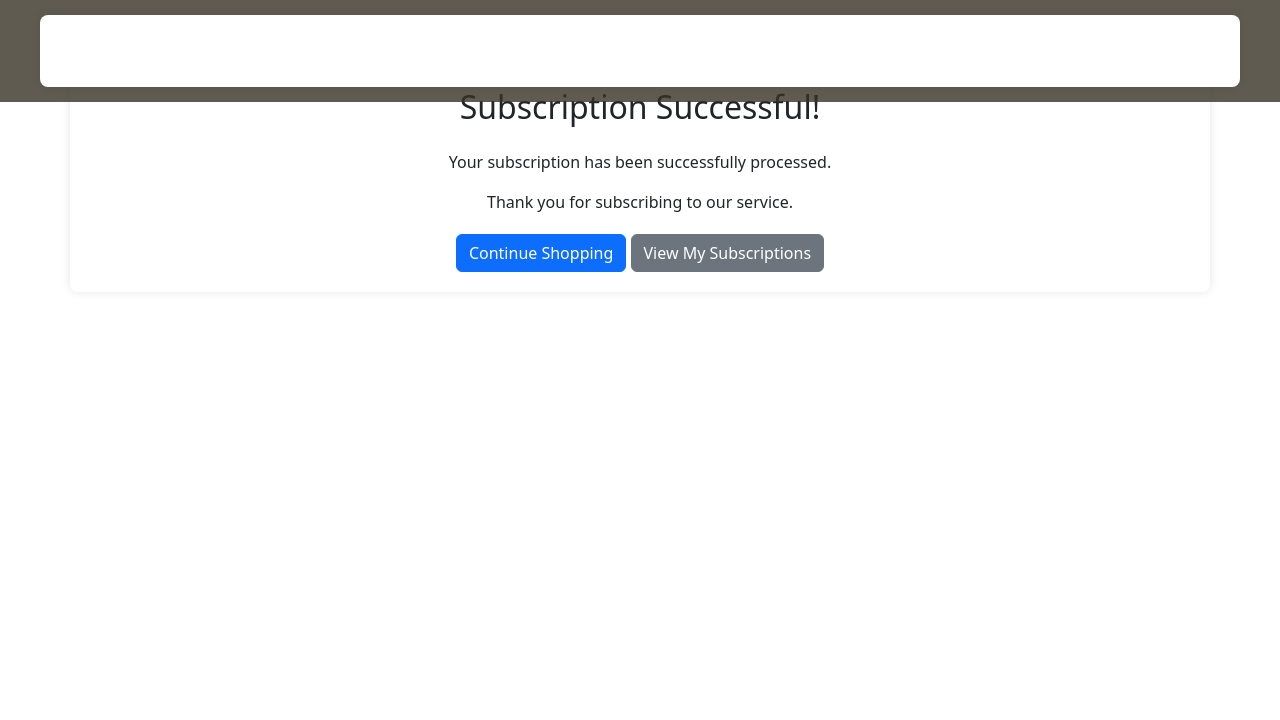
Repository: NagaMounikaY/GroceriesSubscriptionBookingManagement
Page: http://localhost/GroceriesSubBookingSystem/WEB-INF/views/subscriptionSuccess.jsp
An editor plug-in stored every save of this project. The page is shown before and after the next save, followed by the edit.
The browser window is 1280 px wide. The pictures show the whole page.
The page is served by Tomcat 9. Nobody is signed in. The template is opened directly, without the code that normally fills it, so the values that code supplies are empty.

Above is the page before, as saved 2024-09-16 10:55:29.

After the next save:
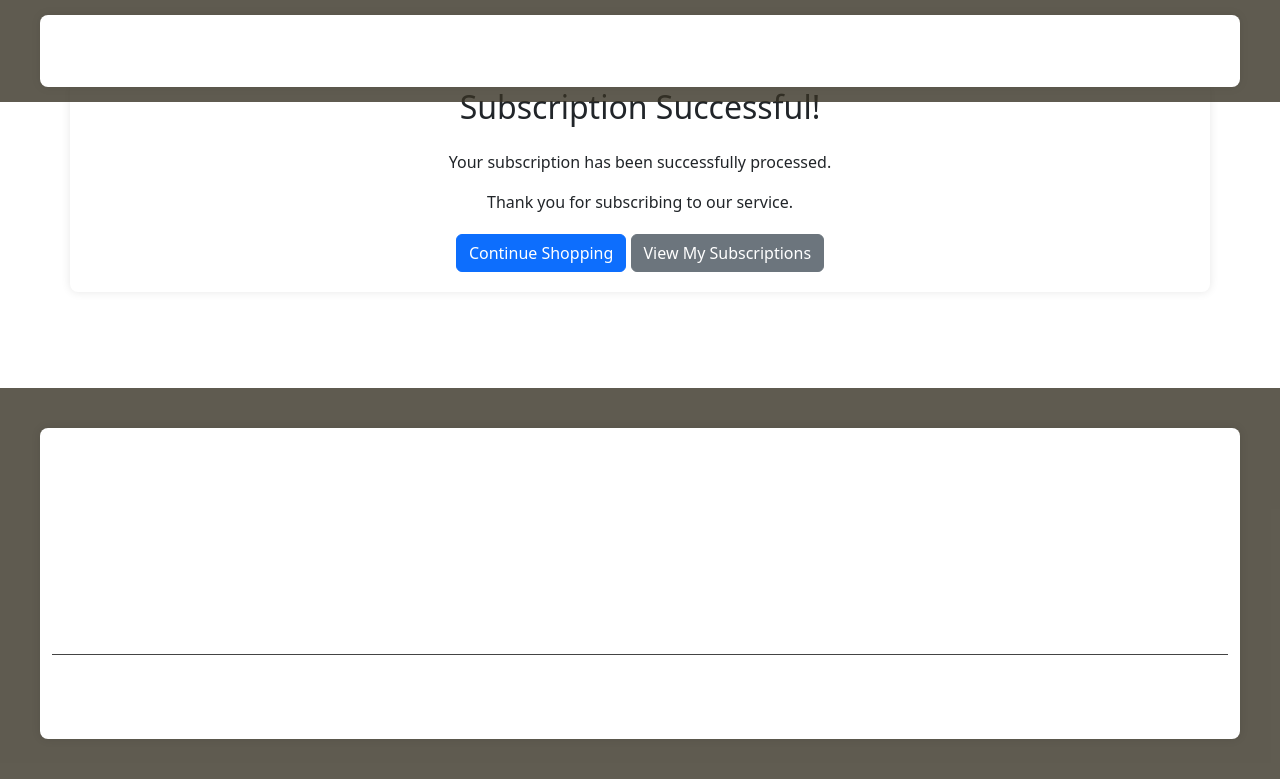
Saved 16 s later.
--- a/GroceriesSubBookingSystem/src/main/webapp/WEB-INF/views/subscriptionSuccess.jsp
+++ b/GroceriesSubBookingSystem/src/main/webapp/WEB-INF/views/subscriptionSuccess.jsp
@@ -37,6 +37,9 @@
             <a href="${pageContext.request.contextPath}/subscription/subscriptionlist" class="btn btn-secondary">View My Subscriptions</a>
         </div>
     </div>
+        <br><br><br><br>
+    <!-- Footer Section -->
+    <jsp:include page="/footer.jsp"></jsp:include>
     <script src="https://code.jquery.com/jquery-3.5.1.slim.min.js"></script>
     <script src="https://cdn.jsdelivr.net/npm/@popperjs/core@2.9.2/dist/umd/popper.min.js"></script>
     <script src="https://stackpath.bootstrapcdn.com/bootstrap/4.5.2/js/bootstrap.min.js"></script>
